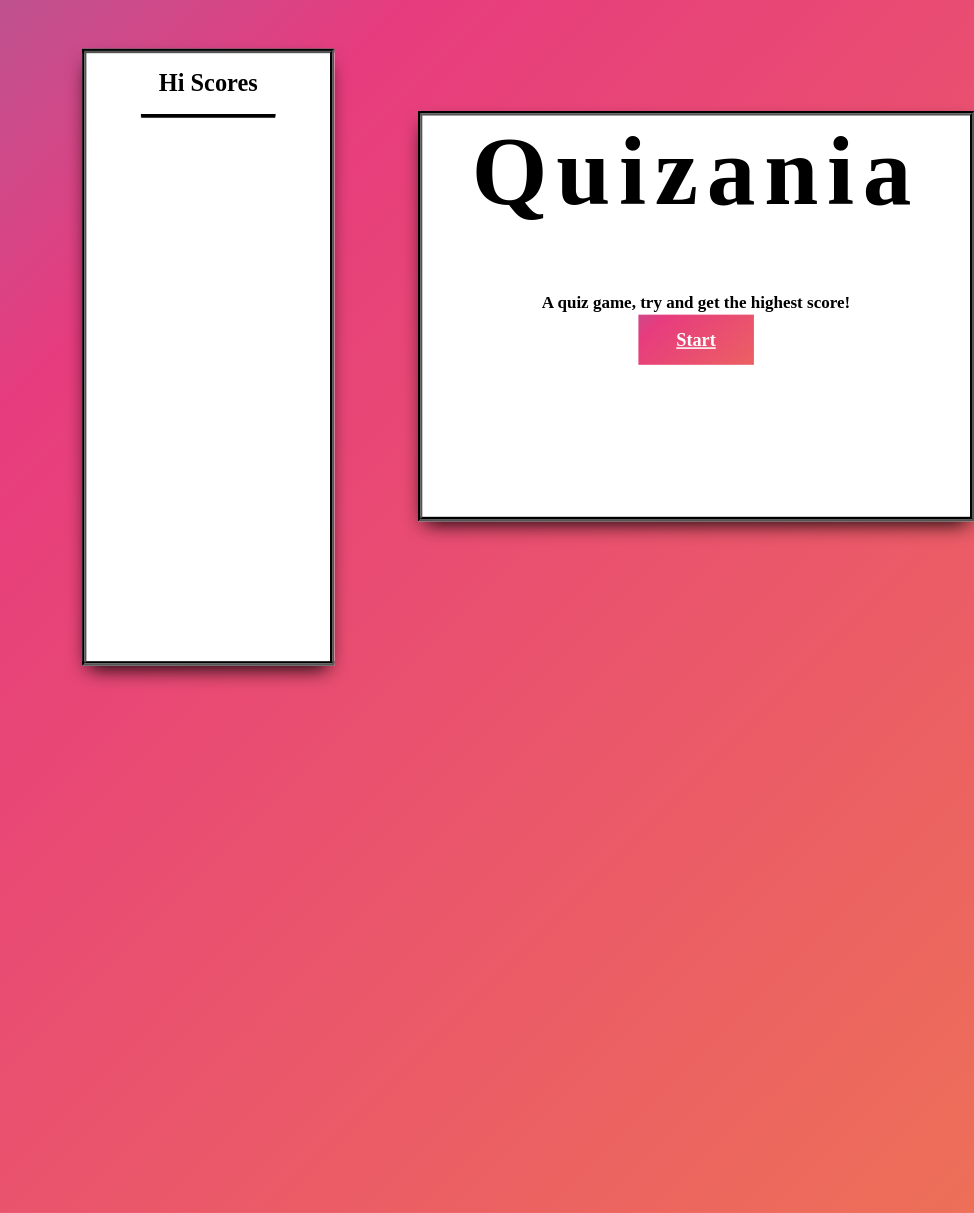
Repository: PatrickTheCodeGuy/QuizApp
Page: / (app in quizapp/)
These files come from the project's save history. The page is drawn as it stood at one moment and after the next save; the edit follows.
The browser window is 1280 px wide. The page is 1282 px wide, so the pictures cover 1282 px, including what lies to the right of the window. The pictures show the whole page, at 76% of full size.
The project was rebuilt for these pictures with package versions that can differ from the ones it lists, and the page was loaded fresh each time. A package was used in the major version that the imports need, not the one package.json lists. Also part of the build but not shown: quizapp/src/components/GameInfo/GameInfo.css, quizapp/src/components/GameInfo/GameInfo.js.

Above is the page before, as saved 2021-07-08 18:10:16.

### quizapp/src/index.js
import React from 'react';
import ReactDOM from 'react-dom';
import './index.css';
import App from './App';
import GameInfo from './components/GameInfo/GameInfo';
import reportWebVitals from './reportWebVitals';
import {
  BrowserRouter as Router,
  Switch,
  Route,
  Link
} from "react-router-dom";

ReactDOM.render(
  <React.StrictMode>
    <Router>
          <Switch>
              <Route exact path="/" component={App}/>
              <Route path="/newGame" component={GameInfo}/>
          </Switch>
      </Router>
  </React.StrictMode>,
  document.getElementById('root')
);

// If you want to start measuring performance in your app, pass a function
// to log results (for example: reportWebVitals(console.log))
// or send to an analytics endpoint. Learn more: https://bit.ly/CRA-vitals
reportWebVitals();

### quizapp/src/index.css
body {
  margin: 0;
  font-family: -apple-system, BlinkMacSystemFont, 'Segoe UI', 'Roboto', 'Oxygen',
    'Ubuntu', 'Cantarell', 'Fira Sans', 'Droid Sans', 'Helvetica Neue',
    sans-serif;
  -webkit-font-smoothing: antialiased;
  -moz-osx-font-smoothing: grayscale;
  background: linear-gradient(-45deg, #ee7752, #e73c7e, #23a6d5, #23d5ab);
    background-size: 400% 400%;
    animation: gradient 15s ease infinite;
}

code {
  font-family: source-code-pro, Menlo, Monaco, Consolas, 'Courier New',
    monospace;
}
html, body, #app, #app>div {
  width: 100%;
  height:100%;
}

hr.rounded {
  border-top: 5px solid black;
    border-radius: 1px;
    width: 55%;
}

#root{
  display:flex;
}


@keyframes gradient {
    0% {
        background-position: 0% 50%;
    }
    50% {
        background-position: 100% 50%;
    }
    100% {
        background-position: 0% 50%;
    }
}

### quizapp/src/App.js
import logo from './logo.svg';
import './App.css';
import Leaderboard from './components/Leaderboard/Leaderboard';
import StartMenu from './components/StartMenu/StartMenu';



function App() {
  return (
      <div className="startMenu-container App">
          <div class="leaderboard-container">
            <Leaderboard/>
          </div>
          <div class="game-container">
            <StartMenu/>
          </div>
      </div>
  );
}

export default App;

### quizapp/src/App.css
.App {
  display:flex
}

.App-logo {
  height: 40vmin;
  pointer-events: none;
}

@media (prefers-reduced-motion: no-preference) {
  .App-logo {
    animation: App-logo-spin infinite 20s linear;
  }
}

.App-header {
  background-color: #282c34;
  min-height: 100vh;
  display: flex;
  flex-direction: column;
  align-items: center;
  justify-content: center;
  font-size: calc(10px + 2vmin);
  color: white;
}

.App-link {
  color: #61dafb;
}

@keyframes App-logo-spin {
  from {
    transform: rotate(0deg);
  }
  to {
    transform: rotate(360deg);
  }
}


.startMenu-container{
  display: flex;
  margin: 0 auto;
}

.leaderboard-container {
  width: 20em;
  border: 6px groove black;
  text-align: center;
  background-color: white;
  box-shadow: 0px 12px 25px -8px #000000;
  margin-top: 6%;
  height: 50em;
}

### quizapp/src/components/Leaderboard/Leaderboard.js
import React from 'react';
import './Leaderboard.css';

class Leaderboard extends React.Component {
    constructor(props){
        super(props)
        // TODO
        //state for people and scores here
    }

    render(){
        return (
            <div>
                <h1 class="hi-score-text"> Hi Scores</h1>
                <hr class="rounded"/>
            </div>
        )
    }
}

export default Leaderboard;

### quizapp/src/components/StartMenu/StartMenu.js
import React from 'react';
import './StartMenu.css';
import { Link } from 'react-router-dom';


class StartMenu extends React.Component {
    constructor(props){
        super(props);
        // TODO
        // determine if need logic here, may just need to be a functional component.
    }

    render(){
        return (
            <div class="menu-container">
                <h1 class="menu-text">Quizania</h1>
                <p class="regular-text">A quiz game, try and get the highest score!</p>
                <Link to='/newGame' class="button-start">Start</Link>
            </div>
        )
    }
}

export default StartMenu;

### quizapp/src/components/Leaderboard/Leaderboard.css
.board-container{
    border: 6px groove black;
    text-align: center;
    background-color: white;
    box-shadow: 0px 12px 25px -8px #000000;
    width: 45em;
    height: 33em;
    margin: 20% 15%;
}

.hi-score-text {
    font-family: 'Pacifico', cursive !important;
}

### quizapp/src/components/StartMenu/StartMenu.css
.menu-text{
    font-family: 'Pacifico', cursive;
    font-size: 8em;
    letter-spacing: 0.09em;
    margin-top: 0%;
}

.regular-text{
    font-family:fantasy;
    font-weight:900;
    font-size: 1.4em;
}

.button-start{
    padding: 20px 50px;
    font-family: 'Press Start 2P', cursive;
    height: 12%;
    background: linear-gradient(-42deg, #ee7752, #e73c7e, #23a6d5, #23d5ab);
    background-size: 400% 400%;
    animation: gradient 13s ease infinite;
    margin-top: 5%;
    color: white;
    border: none;
    font-size: x-large;
    font-weight: 600;
    transition: background-color 0.1s ease;
}

.button-start:hover{
    background: linear-gradient(-42deg, #a45137, #91254e, #15607b, #158268);
    background-size: 400% 400%;
    animation: gradient 13s ease infinite;
    color: black;
}

.button-start:active {
    border: 2px solid rgba(0, 0, 0, 0.564);
    background: white;
    color: rgb(43, 43, 43);
    transform: translateY(4px);
}

.menu-container{
    border: 6px groove black;
    text-align: center;
    background-color: white;
    box-shadow: 0px 12px 25px -8px #000000;
    width: 45em;
    height: 33em;
    margin: 20% 15%;
}

Loaded but not shown: quizapp/src/reportWebVitals.js (common file)

After the next save:
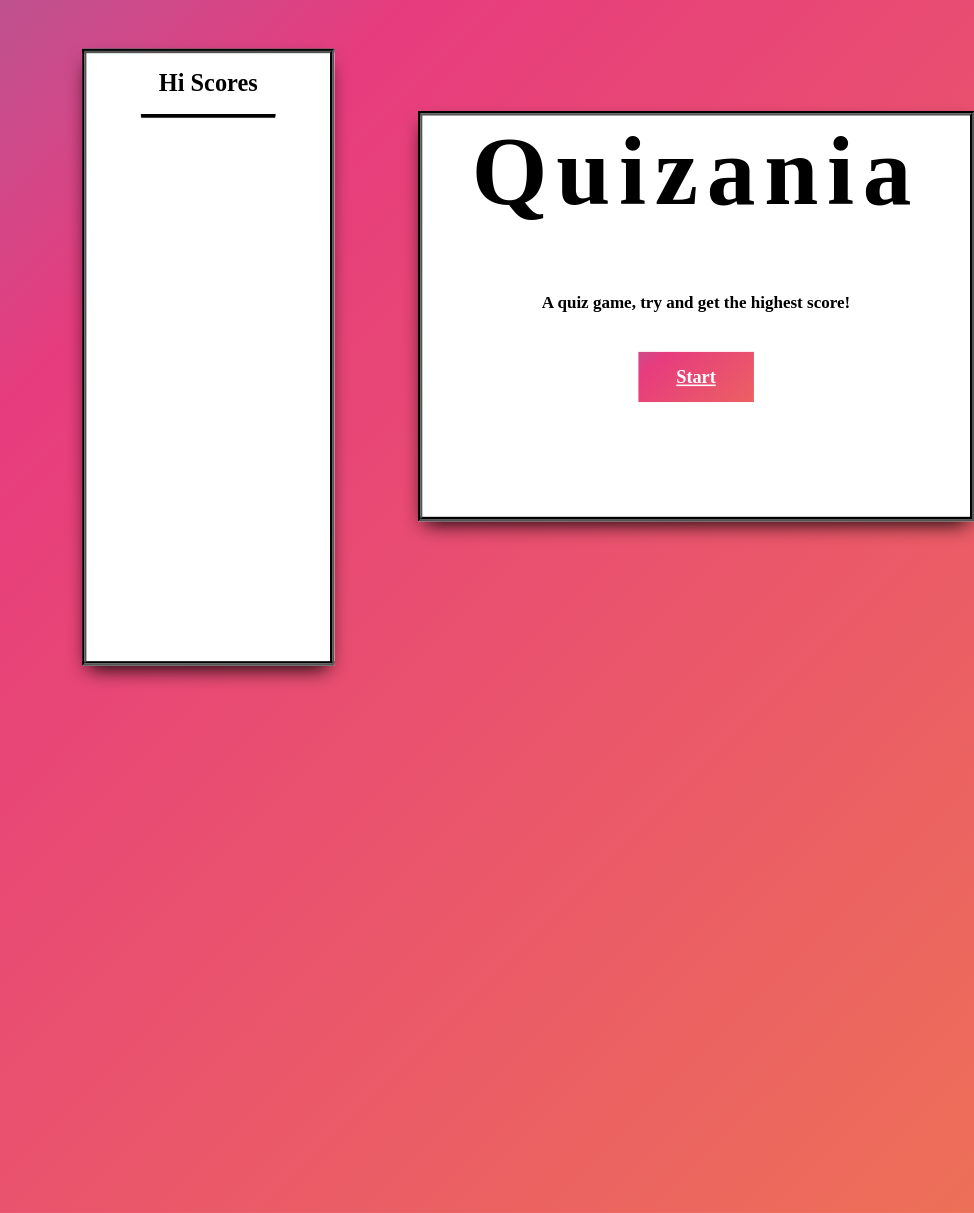
Saved 38 s later.
--- a/quizapp/src/components/StartMenu/StartMenu.css
+++ b/quizapp/src/components/StartMenu/StartMenu.css
@@ -9,6 +9,7 @@
     font-family:fantasy;
     font-weight:900;
     font-size: 1.4em;
+    margin-bottom: 10%;
 }
 
 .button-start{
